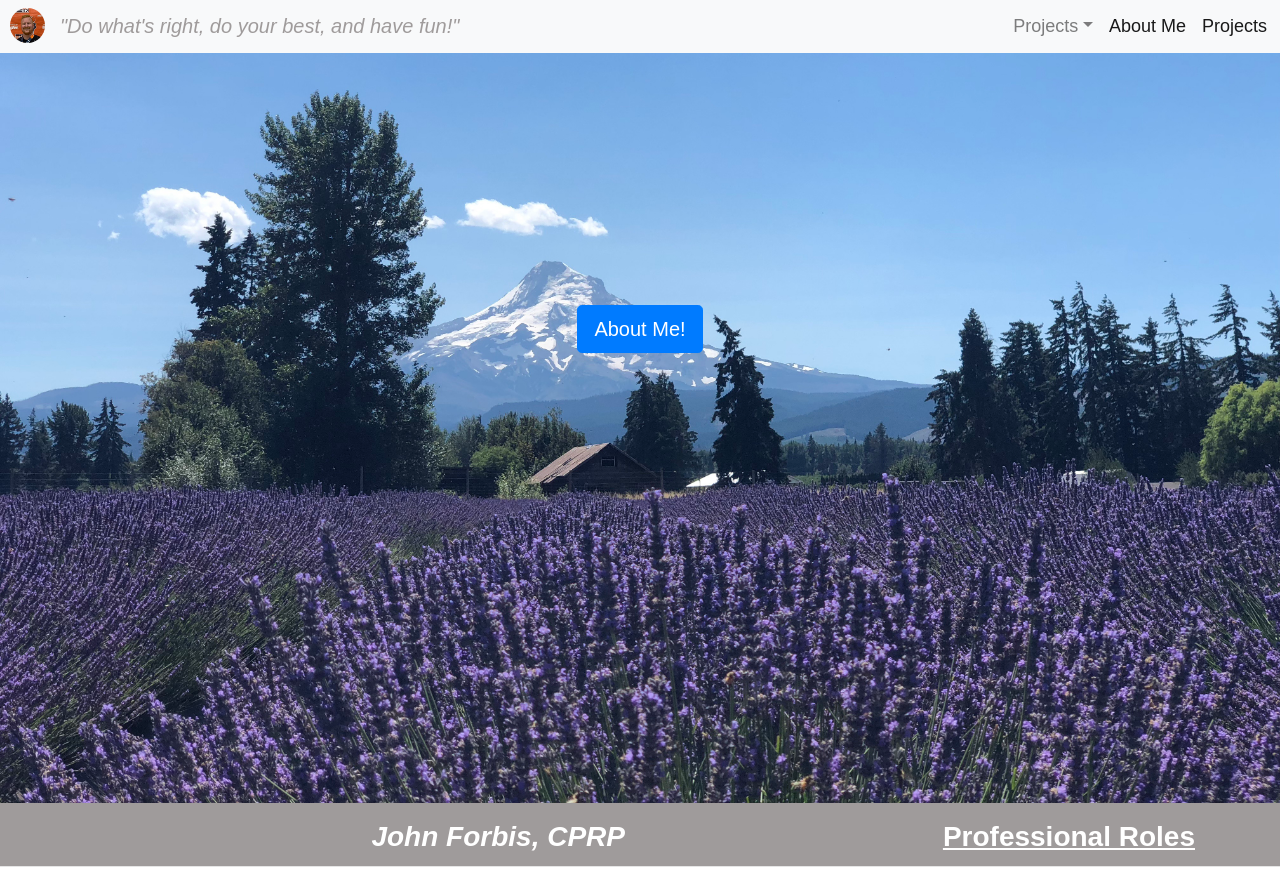
Repository: jforbis/john-forbis-data-analyst
Page: index.html
These files come from the project's save history. The page is drawn as it stood at one moment and after the next save; the edit follows.
The browser window is 1280 px wide. The pictures show the part of the page from y = 0 to 875 px (the page is 1760 px tall).
A picture or video elsewhere on the page could not be fetched, so the positions and the page height are approximate. Backgrounds fixed to the window are drawn as part of the page.

Above is the page before, as saved 2021-03-31 23:29:43.

After the next save:
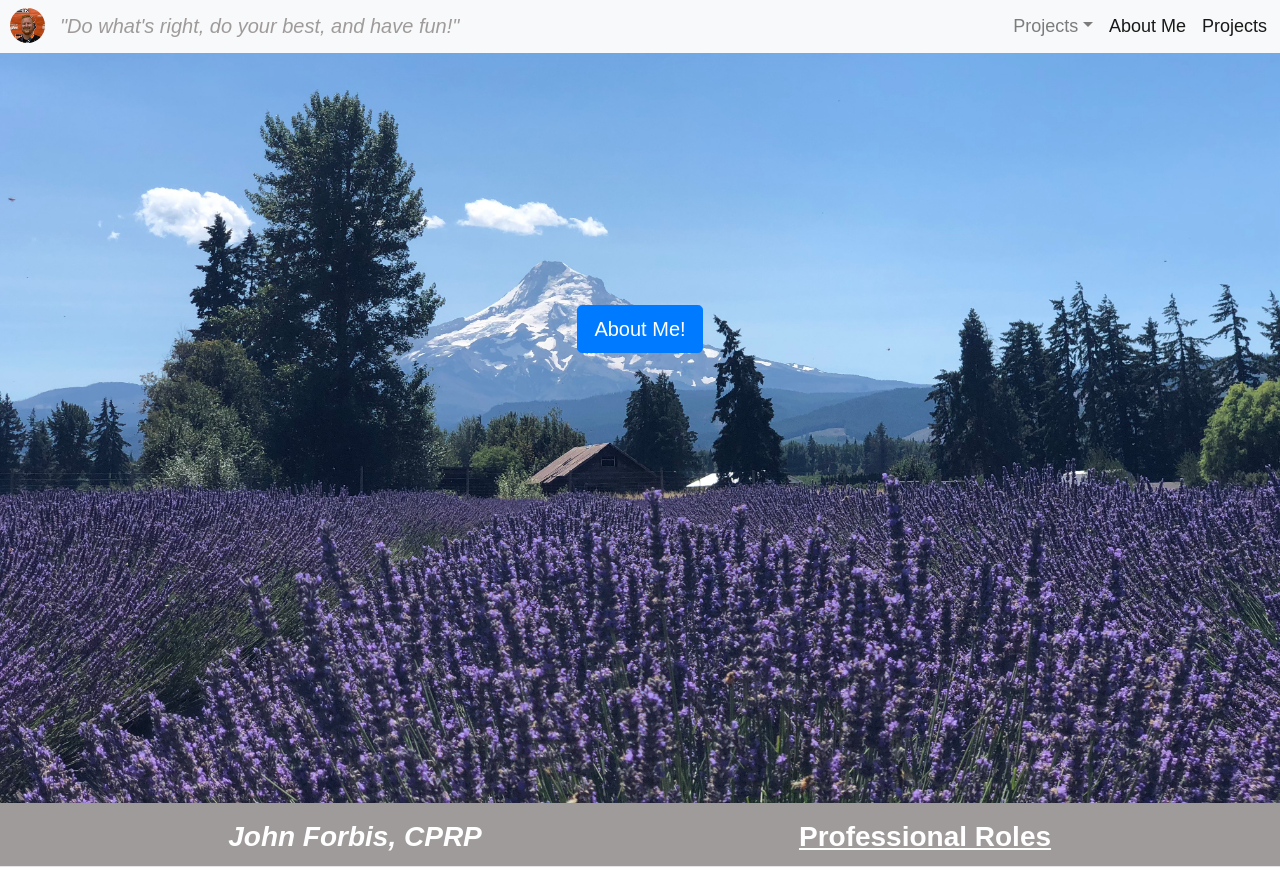
Saved 17 s later.
--- a/static/css/style.css
+++ b/static/css/style.css
@@ -11,12 +11,12 @@
 
 #me {
     font-size: 28px;
-    text-align: right;
+    text-align: center;
 }
 
 #pr {
     font-size: 28px;
-    text-align: right;
+    text-align: center;
 }
 
 #career-img {
